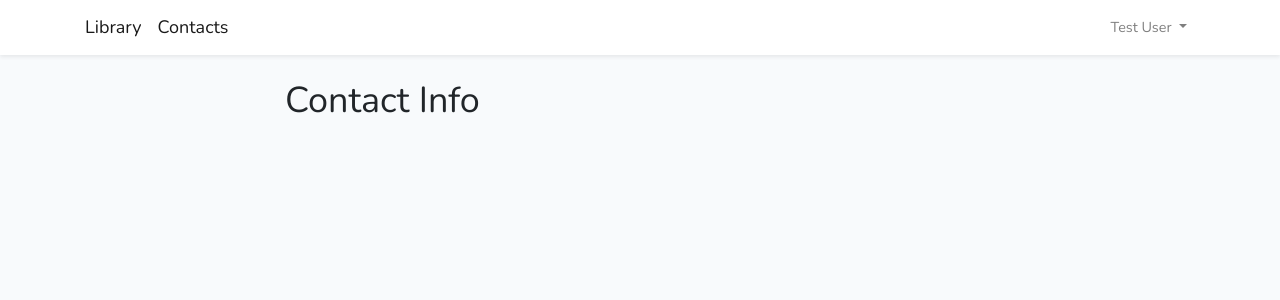
Repository: laravel-sys/groupOne
Page: http://localhost/contacts
The author's editor kept a copy of each file at every save. The page is drawn from the files as they stood at one save, then again after the next save.
The browser window is 1280 px wide. The pictures show the whole page.
The page is served by the project's Laravel application, run on PHP 8.4 with Laravel 8. A made-up administrator, Test User (test@example.com), is signed in. Other server files are loaded and not shown. Style sheets and scripts are compiled from the project's sources, by tool versions that may differ from the author's. Queries for data that is not in the repository find no rows.

Above is the page before, as saved 2021-03-25 09:33:24.

### routes/web.php
<?php
use App\Http\Controllers\ContactsController;
use Illuminate\Support\Facades\Route;

/*
|--------------------------------------------------------------------------
| Web Routes
|--------------------------------------------------------------------------
|
| Here is where you can register web routes for your application. These
| routes are loaded by the RouteServiceProvider within a group which
| contains the "web" middleware group. Now create something great!
|
*/

Route::get('/', function () {
    return view('welcome');
});

Auth::routes();

Route::get('/home', [App\Http\Controllers\HomeController::class, 'index'])->name('home');

Route::resource('contacts', ContactsController::class);

### app/Models/User.php
<?php

namespace App\Models;

use Illuminate\Contracts\Auth\MustVerifyEmail;
use Illuminate\Database\Eloquent\Factories\HasFactory;
use Illuminate\Foundation\Auth\User as Authenticatable;
use Illuminate\Notifications\Notifiable;

class User extends Authenticatable
{
    use HasFactory, Notifiable;

    /**
     * The attributes that are mass assignable.
     *
     * @var array
     */
    protected $fillable = [
        'name',
        'email',
        'password',
    ];

    /**
     * The attributes that should be hidden for arrays.
     *
     * @var array
     */
    protected $hidden = [
        'password',
        'remember_token',
    ];

    /**
     * The attributes that should be cast to native types.
     *
     * @var array
     */
    protected $casts = [
        'email_verified_at' => 'datetime',
    ];

    public function contacts(){
        return $this->hasMany(Contact::class);
    }
}

### app/Http/Controllers/ContactsController.php
<?php

namespace App\Http\Controllers;

use App\Models\Contact;
use Illuminate\Http\Request;

use Illuminate\Support\Facades\Auth;

class ContactsController extends Controller
{
    public function __construct()
    {
        $this->middleware('auth' ,['except' => [
            'index',
        ]]);
        //$this->middleware('auth');
    }

    /**
     * Display a listing of the resource.
     *
     * @return \Illuminate\Http\Response
     */
    public function index()
    {
        $user=Auth::user();
        return view('index',['contacts'=>$user->contacts]);
        //return "OK";
    }

    /**
     * Show the form for creating a new resource.
     *
     * @return \Illuminate\Http\Response
     */
    public function create()
    {
        return view('create');
    }

    /**
     * Store a newly created resource in storage.
     *
     * @param  \Illuminate\Http\Request  $request
     * @return \Illuminate\Http\Response
     */
    public function store(Request $request)
    {
        request()->validate([
            'name' => 'required',
            'email' => 'required',
            'phone' => 'required',
            'subject' => 'required',
            'message' => 'required',
        ]);

        $contact->name = request('name');
        $contact->email = request('email');
        $contact->phone = request('phone');
        $contact->subject = request('subject');
        $contact->message = request('message');
        $contact->user_id = Auth::user()->id;

        $task->save();
        return redirect('contacts');
    }

    /**
     * Display the specified resource.
     *
     * @param  \App\Models\Contact  $contact
     * @return \Illuminate\Http\Response
     */
    public function show(Contact $contact)
    {
        return view('show', ['contact' => $contact]);
    }

    /**
     * Show the form for editing the specified resource.
     *
     * @param  \App\Models\Contact  $contact
     * @return \Illuminate\Http\Response
     */
    public function edit(Contact $contact)
    {
        return view('edit' , ['contact' => $contact]);
    }

    /**
     * Update the specified resource in storage.
     *
     * @param  \Illuminate\Http\Request  $request
     * @param  \App\Models\Contact  $contact
     * @return \Illuminate\Http\Response
     */
    public function update(Request $request, Contact $contact)
    {
        request()->validate([
            'name' => 'required',
            'email' => 'required',
            'phone' => 'required',
            'subject' => 'required',
            'message' => 'required',
        ]);

        $contact->name = request('name');
        $contact->email = request('email');
        $contact->phone = request('phone');
        $contact->subject = request('subject');
        $contact->message = request('message');
        $contact->user_id = Auth::user()->id;

        $contact->save();
        return redirect(route('contacts.index'));
    }

    /**
     * Remove the specified resource from storage.
     *
     * @param  \App\Models\Contact  $contact
     * @return \Illuminate\Http\Response
     */
    public function destroy(Contact $contact)
    {
        // $contact->delete();
        // return redirect(route('contacts.index'));
    }
}

### app/Models/Contact.php
<?php

namespace App\Models;

use Illuminate\Database\Eloquent\Factories\HasFactory;
use Illuminate\Database\Eloquent\Model;

class Contact extends Model
{
    use HasFactory;
    public function user(){
        return $this->belongsTo(User::class);
    }
}

### resources/views/index.blade.php
@extends('layouts.app')

@section('content')
<div class="container">
    <div class="col-lg-8 m-auto">
        <h1>Contact Info</h1>
        @foreach ($contacts as $contact)
            <div class="card mt-3">
                <p><a href="contacts/{{$contact->id}}"></p>
                <h3>Name:{{$contact->name}}</h3>
                <h3>Email:{{$contact->email}}</h3>
                <h3>Phone Number:{{$contact->phone}}</h3>
                <h3>Subject:{{$contact->subject}}</h3>
                <h3>Message:{{$contact->message}}</h3>
            </div>
        @endforeach
    </div>
</div>

@endsection

### resources/views/layouts/app.blade.php
<!doctype html>
<html lang="{{ str_replace('_', '-', app()->getLocale()) }}">
<head>
    <meta charset="utf-8">
    <meta name="viewport" content="width=device-width, initial-scale=1">

    <!-- CSRF Token -->
    <meta name="csrf-token" content="{{ csrf_token() }}">

    <title>{{ config('app.name', 'Laravel') }}</title>

    <!-- Scripts -->
    <script src="{{ asset('js/app.js') }}" defer></script>

    <!-- Fonts -->
    <link rel="dns-prefetch" href="//fonts.gstatic.com">
    <link href="https://fonts.googleapis.com/css?family=Nunito" rel="stylesheet">
    <link rel="stylesheet" href="https://cdn.jsdelivr.net/npm/bootstrap@4.6.0/dist/css/bootstrap.min.css" integrity="sha384-B0vP5xmATw1+K9KRQjQERJvTumQW0nPEzvF6L/Z6nronJ3oUOFUFpCjEUQouq2+l" crossorigin="anonymous">

    <!-- Styles -->
    <link href="{{ asset('css/app.css') }}" rel="stylesheet">
</head>
<body>
    <div id="app">
        <nav class="navbar navbar-expand-md navbar-light bg-white shadow-sm">
            <div class="container">
                <a class="navbar-brand" href="{{ url('/home') }}">
                   Library
                </a>
                <button class="navbar-toggler" type="button" data-toggle="collapse" data-target="#navbarSupportedContent" aria-controls="navbarSupportedContent" aria-expanded="false" aria-label="{{ __('Toggle navigation') }}">
                    <span class="navbar-toggler-icon"></span>
                </button>

                <div class="collapse navbar-collapse" id="navbarSupportedContent">
                    <!-- Left Side Of Navbar -->
                    <ul class="navbar-nav mr-auto">
                            <a class="navbar-brand" href="{{ url('/contacts') }}">
                                  Contacts
                            </a>
                    </ul>

                    <!-- Right Side Of Navbar -->
                    <ul class="navbar-nav ml-auto">
                        <!-- Authentication Links -->
                        @guest
                            @if (Route::has('login'))
                                <li class="nav-item">
                                    <a class="nav-link" href="{{ route('login') }}">{{ __('Login') }}</a>
                                </li>
                            @endif

                            @if (Route::has('register'))
                                <li class="nav-item">
                                    <a class="nav-link" href="{{ route('register') }}">{{ __('Register') }}</a>
                                </li>
                            @endif
                        @else
                            <li class="nav-item dropdown">
                                <a id="navbarDropdown" class="nav-link dropdown-toggle" href="#" role="button" data-toggle="dropdown" aria-haspopup="true" aria-expanded="false" v-pre>
                                    {{ Auth::user()->name }}
                                </a>

                                <div class="dropdown-menu dropdown-menu-right" aria-labelledby="navbarDropdown">
                                    <a class="dropdown-item" href="{{ route('logout') }}"
                                       onclick="event.preventDefault();
                                                     document.getElementById('logout-form').submit();">
                                        {{ __('Logout') }}
                                    </a>

                                    <form id="logout-form" action="{{ route('logout') }}" method="POST" class="d-none">
                                        @csrf
                                    </form>
                                </div>
                            </li>
                        @endguest
                    </ul>
                </div>
            </div>
        </nav>

        <main class="py-4">
            @yield('content')
        </main>
    </div>

    <script src="https://code.jquery.com/jquery-3.5.1.slim.min.js" integrity="sha384-DfXdz2htPH0lsSSs5nCTpuj/zy4C+OGpamoFVy38MVBnE+IbbVYUew+OrCXaRkfj" crossorigin="anonymous"></script>
    <script src="https://cdn.jsdelivr.net/npm/bootstrap@4.6.0/dist/js/bootstrap.bundle.min.js" integrity="sha384-Piv4xVNRyMGpqkS2by6br4gNJ7DXjqk09RmUpJ8jgGtD7zP9yug3goQfGII0yAns" crossorigin="anonymous"></script>

</body>
</html>

Loaded but not shown: app/Http/Controllers/Auth/ConfirmPasswordController.php (common file); app/Http/Controllers/Controller.php (common file); resources/sass/app.scss (common file); resources/sass/_variables.scss (common file)

After the next save:
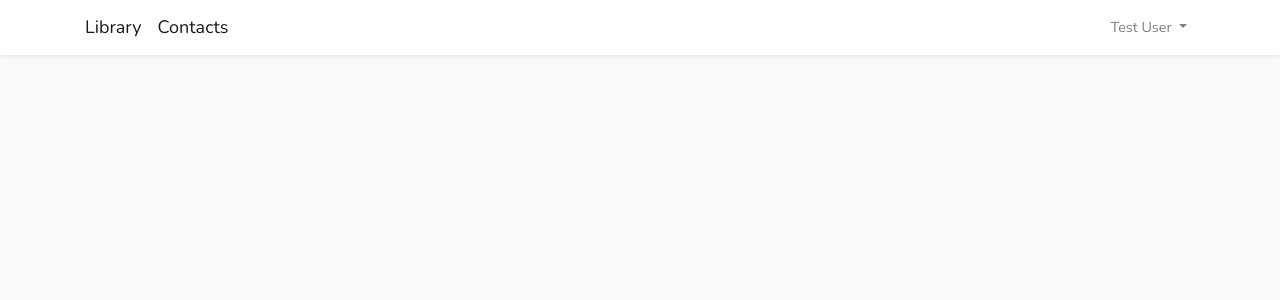
Saved 4 min 57 s later.
--- a/resources/views/index.blade.php
+++ b/resources/views/index.blade.php
@@ -2,19 +2,7 @@
 
 @section('content')
 <div class="container">
-    <div class="col-lg-8 m-auto">
-        <h1>Contact Info</h1>
-        @foreach ($contacts as $contact)
-            <div class="card mt-3">
-                <p><a href="contacts/{{$contact->id}}"></p>
-                <h3>Name:{{$contact->name}}</h3>
-                <h3>Email:{{$contact->email}}</h3>
-                <h3>Phone Number:{{$contact->phone}}</h3>
-                <h3>Subject:{{$contact->subject}}</h3>
-                <h3>Message:{{$contact->message}}</h3>
-            </div>
-        @endforeach
-    </div>
+
 </div>
 
 @endsection

After the save that followed:
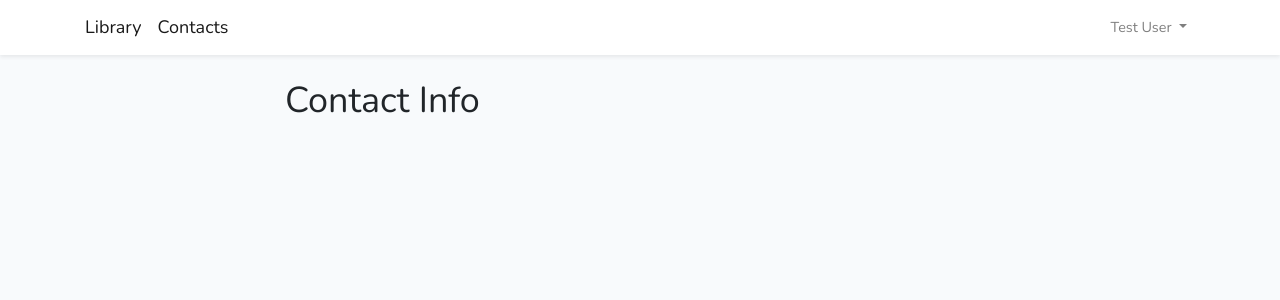
Saved 11 s later.
--- a/resources/views/index.blade.php
+++ b/resources/views/index.blade.php
@@ -2,7 +2,19 @@
 
 @section('content')
 <div class="container">
-
+    <div class="col-lg-8 m-auto">
+        <h1>Contact Info</h1>
+        @foreach ($contacts as $contact)
+            <div class="card mt-3">
+                <p><a href="contacts/{{$contact->id}}"></p>
+                <h3>Name:{{$contact->name}}</h3>
+                <h3>Email:{{$contact->email}}</h3>
+                <h3>Phone Number:{{$contact->phone}}</h3>
+                <h3>Subject:{{$contact->subject}}</h3>
+                <h3>Message:{{$contact->message}}</h3>
+            </div>
+        @endforeach
+    </div>
 </div>
 
 @endsection
